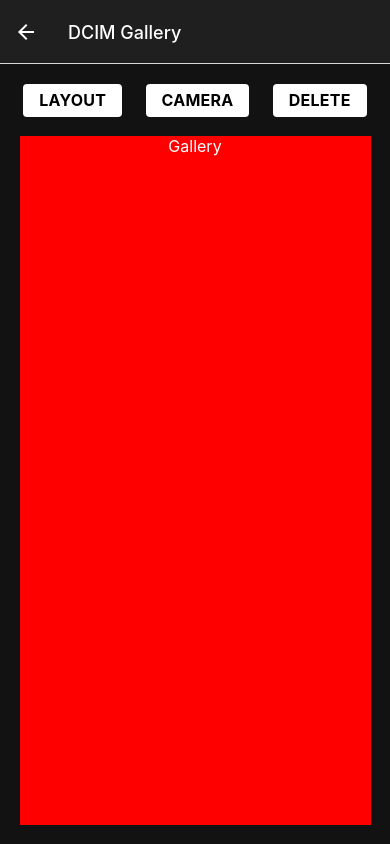
Repository: jzielinski47/react-native-camera-app
Screen: /gallery
These files come from the project's save history. The screen is drawn as it stood at one moment and after the next save; the edit follows.
The app was drawn by React Native's web renderer in a window 390 px wide. The project was rebuilt for these pictures with package versions that can differ from the ones it lists, and the page was loaded fresh each time.

Above is the screen before, as saved 2022-12-04 15:14:18.

After the next save:
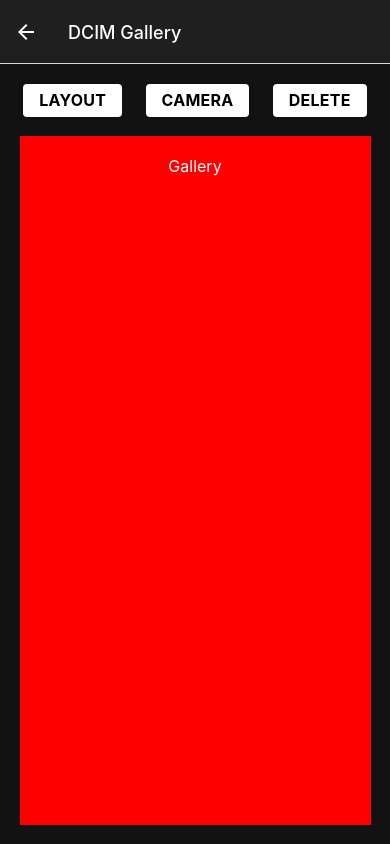
Saved 7 s later.
--- a/screens/Gallery.jsx
+++ b/screens/Gallery.jsx
@@ -20,7 +20,7 @@ export default function Gallery() {
 const styles = StyleSheet.create({
     container: { flex: 1, backgroundColor: '#121212' },
     headlineBtns: { flexDirection: 'row', justifyContent: 'space-evenly', paddingTop: '5%' },
-    gallery: { flex: 1, justifyContent: 'flex-start', alignItems: 'center', backgroundColor: 'red', margin: '5%' },
+    gallery: { flex: 1, justifyContent: 'flex-start', alignItems: 'center', backgroundColor: 'red', margin: '5%', padding: '5%' },
     image: { flex: 1, justifyContent: 'center', alignItems: 'center' },
     icon: { width: 50, height: 50, margin: 10 },
     title: { color: 'white', fontWeight: 'bold', fontSize: 32, marginBottom: 5 },
